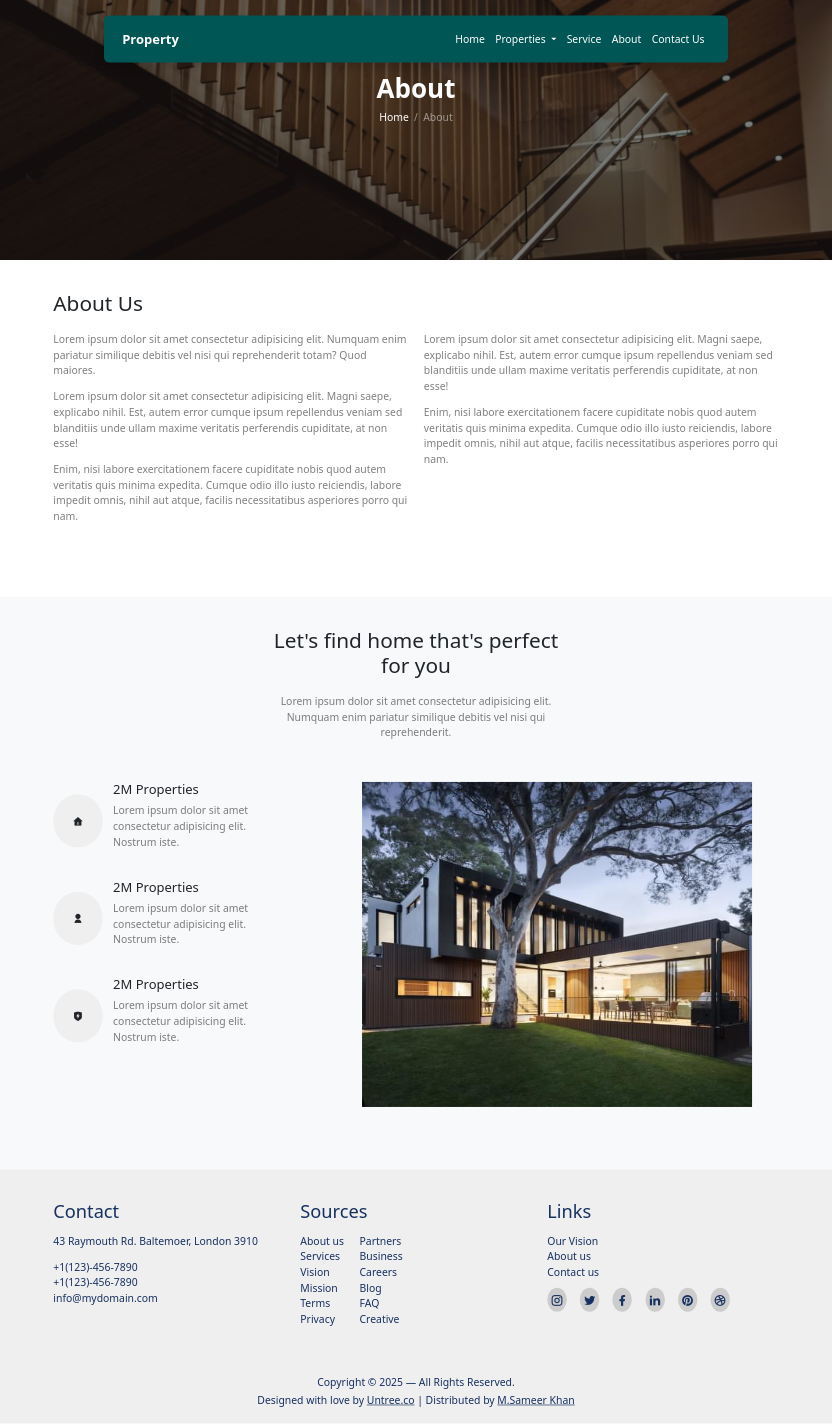
Repository: sameerrrrkhan911-git/Property
Page: about.html
The author's editor kept a copy of each file at every save. The page is drawn from the files as they stood at one save, then again after the next save.
The browser window is 1280 px wide. The pictures show the whole page, at 65% of full size.
Some web libraries are served in a nearby version.

Above is the page before, as saved 2025-09-28 18:32:09.
Console error: TypeError: Cannot read properties of undefined (reading 'length')

### about.html
<!DOCTYPE html>
<html lang="en">
<head>
    <meta charset="utf-8">
    <meta name="viewport" content="width=device-width, initial-scale=1">
    <title>Property</title>

    <!--====== LINKS ========-->
    <link href="https://cdn.jsdelivr.net/npm/bootstrap@5.3.8/dist/css/bootstrap.min.css" rel="stylesheet">
    <link
        href="https://fonts.googleapis.com/css2?family=Montserrat:wght@400;600&family=Open+Sans:wght@400;600&display=swap"
        rel="stylesheet">
    <link href="https://unpkg.com/aos@2.3.1/dist/aos.css" rel="stylesheet">
    <link href="https://cdn.jsdelivr.net/npm/remixicon@4.5.0/fonts/remixicon.css" rel="stylesheet">
    <link href="https://cdnjs.cloudflare.com/ajax/libs/tiny-slider/2.9.4/tiny-slider.css" rel="stylesheet">
    <link rel="stylesheet" href="assets/css/style2.css">
    <link rel="stylesheet" href="assets/css/style.css">

</head>
<body>

<!--=====HEADER=====-->
    <header>
        <section id="Right-Step">
            <div class="bg-holder overlay overlay-elixir">
            </div>

            <!-- Navbar -->
            <nav
                class="navbar navbar-expand-lg green-color p-3 mt-4 sticky-top position-absolute top-0 start-50 translate-middle-x w-75 rounded-3 shadow">
                <div class="container-fluid">
                    <!-- Brand -->
                    <a class="navbar-brand text-white fw-bold" href="#">Property</a>

                    <!-- Toggler for Mobile -->
                    <button class="navbar-toggler bg-light" type="button">
                        <span class="navbar-toggler-icon"></span>
                    </button>

                    <!-- Navbar Links -->
                    <div class="collapse navbar-collapse" id="navbarNavDropdown">
                        <ul class="navbar-nav ms-auto">
                            <li class="nav-item">
                                <a class="nav-link text-white active" aria-current="page" href="index.html">Home</a>
                            </li>
                            <li class="nav-item dropdown">
                                <a class="nav-link dropdown-toggle text-white" href="#" role="button"
                                    data-bs-toggle="dropdown" aria-expanded="false">
                                    Properties
                                </a>
                                <ul class="dropdown-menu">
                                    <li><a class="dropdown-item" href="#">Action</a></li>
                                    <li><a class="dropdown-item" href="#">Another action</a></li>
                                    <li><a class="dropdown-item" href="#">Something else here</a></li>
                                </ul>
                            </li>
                            <li class="nav-item"><a class="nav-link text-white" href="service.html">Service</a></li>
                            <li class="nav-item"><a class="nav-link text-white" href="about.html">About</a></li>
                            <li class="nav-item"><a class="nav-link text-white" href="contact.html">Contact Us</a></li>
                        </ul>
                    </div>
                </div>
            </nav>

            <!--/.bg-holder-->
            <div class="forbg py-5">
                <div class="container">

                    <div class="row justify-content-center align-items-center">
                        <div class="col-lg-9 text-center mt-5">
                            <h1 class="heading aos-init aos-animate white mt-3 fw-bold" data-aos="fade-up">About</h1>

                            <nav aria-label="breadcrumb" data-aos="fade-up" data-aos-delay="200"
                                class="aos-init aos-animate">
                                <ol class="breadcrumb text-center justify-content-center">
                                    <li class="breadcrumb-item"><a href="index.html" style="color: white;">Home</a></li>
                                    <li class="ms-2 me-2 text-white-50" aria-current="page">
                                        /
                                    </li>
                                    <li class="breadcrumb-item active text-white-50" aria-current="page">
                                        About
                                    </li>
                                </ol>
                            </nav>
                        </div>
                    </div>
                </div>
            </div><!-- end of .container-->
        </section>
    </header>

    <!--====MAIN====-->

    <main>

<div class="section">
      <div class="container">
        <div class="row text-left mb-5 py-5">
          <div class="col-12">
            <h2 class="font-weight-bold heading  mb-4">About Us</h2>
          </div>
          <div class="col-lg-6">
            <p class="text-black-50">
              Lorem ipsum dolor sit amet consectetur adipisicing elit. Numquam
              enim pariatur similique debitis vel nisi qui reprehenderit totam?
              Quod maiores.
            </p>
            <p class="text-black-50">
              Lorem ipsum dolor sit amet consectetur adipisicing elit. Magni
              saepe, explicabo nihil. Est, autem error cumque ipsum repellendus
              veniam sed blanditiis unde ullam maxime veritatis perferendis
              cupiditate, at non esse!
            </p>
            <p class="text-black-50">
              Enim, nisi labore exercitationem facere cupiditate nobis quod
              autem veritatis quis minima expedita. Cumque odio illo iusto
              reiciendis, labore impedit omnis, nihil aut atque, facilis
              necessitatibus asperiores porro qui nam.
            </p>
          </div>
          <div class="col-lg-6">
            <p class="text-black-50">
              Lorem ipsum dolor sit amet consectetur adipisicing elit. Magni
              saepe, explicabo nihil. Est, autem error cumque ipsum repellendus
              veniam sed blanditiis unde ullam maxime veritatis perferendis
              cupiditate, at non esse!
            </p>
            <p class="text-black-50">
              Enim, nisi labore exercitationem facere cupiditate nobis quod
              autem veritatis quis minima expedita. Cumque odio illo iusto
              reiciendis, labore impedit omnis, nihil aut atque, facilis
              necessitatibus asperiores porro qui nam.
            </p>
          </div>
        </div>
      </div>
    </div>

 <!--Lets find home that is perfect for you  -->

      <div class="section section-4 bg-light py-5">
        <div class="container">
          <div class="row justify-content-center text-center mb-5">
            <div class="col-lg-5">
              <h2 class="font-weight-bold mb-4">
                Let's find home that's perfect for you
              </h2>
              <p class="text-black-50">
                Lorem ipsum dolor sit amet consectetur adipisicing elit. Numquam
                enim pariatur similique debitis vel nisi qui reprehenderit.
              </p>
            </div>
          </div>
          <div class="row justify-content-between mb-5 ">

            <div class="col-lg-7 mb-5 mb-lg-0 order-lg-2">
              <div class="img-about dots">
                <img src="./assets/images/img_2.jpg" alt="Image" class="" width="600px" height="500px">
              </div>
            </div>
            <div class="col-lg-4">
              <div class="d-flex align-items-center marginn">
                <span class="wrap-icon me-3">
                  <span class="icon-home2" style="border-radius: 50%; padding: 30px; background-color: #efefef;"><i
                      class="ri-home-4-fill"></i></span>
                </span>
                <div class="feature-text">
                  <h3 class="fs-5">2M Properties</h3>
                  <p class="text-black-50">
                    Lorem ipsum dolor sit amet consectetur adipisicing elit.
                    Nostrum iste.
                  </p>
                </div>
              </div>

              <div class="d-flex align-items-center marginn">
                <span class="wrap-icon me-3">
                  <span class="icon-home2" style="border-radius: 50%; padding: 30px; background-color: #efefef;"><i
                      class="ri-user-fill"></i></span>
                </span>
                <div class="feature-text">
                  <h3 class="fs-5">2M Properties</h3>
                  <p class="text-black-50">
                    Lorem ipsum dolor sit amet consectetur adipisicing elit.
                    Nostrum iste.
                  </p>
                </div>
              </div>

              <div class="d-flex align-items-center marginn">
                <span class="wrap-icon me-3">
                  <span class="icon-home2" style="border-radius: 50%; padding: 30px; background-color: #efefef;"><i
                      class="ri-shield-flash-fill"></i></span>
                </span>
                <div class="feature-text">
                  <h3 class="fs-5">2M Properties</h3>
                  <p class="text-black-50">
                    Lorem ipsum dolor sit amet consectetur adipisicing elit.
                    Nostrum iste.
                  </p>
                </div>
              </div>
            </div>

          </div>
        </div>
      </div>


    </main>

<!-- FOOTER -->
<footer class="greyy py-5 pb-4 grey">

  <div class="container">
    <div class="row">

      <!-- Contact -->
      <div class="col-lg-4 col-md-6 mb-4">
        <h3 class="mb-3 font-color">Contact</h3>
        <address class="mb-3 font-color">43 Raymouth Rd. Baltemoer, London 3910</address>
        <ul class="list-unstyled">
          <li><a href="tel://11234567890" class=" text-decoration-none" style="color: #163060;">+1(123)-456-7890</a></li>
          <li><a href="tel://11234567890" class=" text-decoration-none" style="color: #163060;">+1(123)-456-7890</a></li>
          <li><a href="mailto:info@mydomain.com" class=" text-decoration-none" style="color: #163060;">info@mydomain.com</a></li>
        </ul>
      </div>

      <!-- Sources -->
      <div class="col-lg-4 col-md-6 mb-4">
        <h3 class="mb-3 font-color">Sources</h3>
        <div class="d-flex">
          <ul class="list-unstyled me-4">
            <li><a href="#" class="font-color text-decoration-none">About us</a></li>
            <li><a href="#" class="font-color text-decoration-none">Services</a></li>
            <li><a href="#" class="font-color text-decoration-none">Vision</a></li>
            <li><a href="#" class="font-color text-decoration-none">Mission</a></li>
            <li><a href="#" class="font-color text-decoration-none">Terms</a></li>
            <li><a href="#" class="font-color text-decoration-none">Privacy</a></li>
          </ul>
          <ul class="list-unstyled">
            <li><a href="#" class="font-color text-decoration-none">Partners</a></li>
            <li><a href="#" class="font-color text-decoration-none">Business</a></li>
            <li><a href="#" class="font-color text-decoration-none">Careers</a></li>
            <li><a href="#" class="font-color text-decoration-none">Blog</a></li>
            <li><a href="#" class="font-color text-decoration-none">FAQ</a></li>
            <li><a href="#" class="font-color text-decoration-none">Creative</a></li>
          </ul>
        </div>
      </div>

      <!-- Links & Social -->
      <div class="col-lg-4 col-md-12 mb-4">
        <h3 class="mb-3 font-color">Links</h3>
        <ul class="list-unstyled">
          <li><a href="#" class="font-color text-decoration-none">Our Vision</a></li>
          <li><a href="#" class="font-color text-decoration-none">About us</a></li>
          <li><a href="#" class="font-color text-decoration-none">Contact us</a></li>
        </ul>

        <!-- Social icons -->
        <div class="mt-3">
          <a href="#" class="font-color me-3 fs-5 roundd text-color dark-grey"><i class="ri-instagram-line"></i></a>
          <a href="#" class="font-color me-3 fs-5 roundd dark-grey" ><i class="ri-twitter-fill"></i></a>
          <a href="#" class="font-color me-3 fs-5 roundd dark-grey"><i class="ri-facebook-fill"></i></a>
          <a href="#" class="font-color me-3 fs-5 roundd dark-grey"><i class="ri-linkedin-fill"></i></a>
          <a href="#" class="font-color me-3 fs-5 roundd dark-grey"><i class="ri-pinterest-fill"></i></a>
          <a href="#" class="font-color fs-5 roundd dark-grey"><i class="ri-dribbble-line"></i></a>
        </div>
      </div>

    </div>

    <hr class="border-light">

    <!-- Copyright -->
    <div class="row">
      <div class="col-12 text-center">
        <p class="mb-1 font-color">
          Copyright © <script>document.write(new Date().getFullYear());</script> — All Rights Reserved.
        </p>
        <p class="mb-0 font-color">
          Designed with love by <a href="https://untree.co" class="font-color text-decoration-underline">Untree.co</a>
          | Distributed by <a href="https://themewagon.com/" target="_blank" class="font-color text-decoration-underline">M.Sameer Khan</a>
        </p>
      </div>
    </div>

  </div>

</footer>

  <!-- Bootstrap JS -->
  <script src="https://cdn.jsdelivr.net/npm/bootstrap@5.3.8/dist/js/bootstrap.bundle.min.js"></script>
  <!-- AOS JS -->
  <script src="https://unpkg.com/aos@2.3.1/dist/aos.js"></script>

  <script>
    AOS.init({
      duration: 1000,
      once: true
    });
  </script>

  <script src="https://cdnjs.cloudflare.com/ajax/libs/tiny-slider/2.9.4/min/tiny-slider.js"></script>

  <script>
    var slider = tns({
      container: '.property-slider',
      items: 3,
      slideBy: 1,
      autoplay: false,
      controls: true,
      nav: false,
      gutter: 20,
      controlsContainer: '.slider-controls',
      prevButton: '.prev',
      nextButton: '.next',
      responsive: {
        0: { items: 1 },
        768: { items: 2 },
        1200: { items: 3 }
      }
    });
  </script>

</body>
</html>

### assets/css/style.css
/* ==============================
   Root Variables
=================================*/
:root {
  --green-color: #005555;
   --heading-color: #2a3855;
}

.green-color {
  background-color: var(--green-color);
}

.green{
  color: var(--green-color);
}

.black{
  color: black;
}

.para{
  text-align: left;
}

.heading-color{
  color: var(--heading-color);
}

.z-9 {
  z-index: 9 !important;
}

.white {
  color: white;
}

.green-line{
   height: 2px;
  width: 120px;
 background-color: var(--green-color);
 margin-bottom: 10px;
}

.black-line{
   height: 2px;
  width: 80px;
 background-color: black;
 margin: 10px auto;
}

.white-bg{
  background-color: white;
}

.fs-6{
  font-size: 5px;
}

.marginn{
  margin-bottom: 30px;
}

.a{
  text-decoration: none;
}


.dark-grey{
  background-color: #cccccc;
}

.text-color{
  color: #909ba6;
}
/* ==============================
Header
=================================*/


/* Hero background */
.hero-header {
  background-image: url("../images/hero_bg_3.jpg") !important;
  background-repeat: no-repeat;
  background-position: center center;
  background-size: cover;
  min-height: 100vh;
  position: relative;
  display: flex;
  align-items: center;
}



/* Overlay */
.hero-header::before {
  content: "";
  position: absolute;
  top: 0;
  left: 0;
  width: 100%;
  height: 100%;
  background: rgba(0, 0, 0, 0.5);
  z-index: 0;
}

/* Keep hero text above overlay */
.hero {
  position: relative;
  z-index: 1;
}

/* White text */
.white {
  color: #fff !important;
}

/* Responsive adjustments */
@media (max-width: 768px) {
  nav.navbar {
    width: 90% !important;
    margin-top: 1rem !important;
    padding: 0.75rem 1rem !important;
  }

  .hero h1 {
    font-size: 1.75rem;
    line-height: 1.3;
  }

  .hero form {
    flex-direction: column !important;
    gap: 0.75rem;
  }

  .hero input {
    width: 100% !important;
  }

  .hero button {
    width: 100% !important;
  }
}

@media (max-width: 576px) {
  .hero h1 {
    font-size: 1.5rem;
  }
}

/* Popular properties */

.property-slider {
  overflow: hidden;
}

.property-item {
  background: #fff;
  border-radius: 8px;
  overflow: hidden;
}

.property-content {
  background: #fff;
  border-radius: 8px;
}

/* Features */

.features-1 {
    padding-top: 30px;
    position: relative;
    z-index: 8;
    text-align: center;
    background-color: rgba(0, 32, 74, 0.05);
}

/* ==========================
   Testimonials Section
========================== */

.sec-testimonials .heading {
  font-size: 2rem;
  font-weight: 700;
}

/* Prev/Next buttons */
#testimonial-nav {
  display: flex;
  gap: 10px;
}

#testimonial-nav span {
  cursor: pointer;
  font-size: 14px;
  color: #002855;
  background: #e9ecef;
  padding: 6px 14px;
  border-radius: 20px;
  transition: all 0.3s ease;
}

#testimonial-nav span:hover {
  background: #002855;
  color: #fff;
}

/* Testimonials layout */
.testimonial-slider {
  display: grid;
  grid-template-columns: repeat(auto-fit, minmax(300px, 1fr));
  gap: 40px;
  margin-top: 30px;
  text-align: center;
}

.testimonial {
  padding: 20px;
}

.testimonial img {
  width: 90px;
  height: 90px;
  object-fit: cover;
  margin-bottom: 15px;
  border: 3px solid #ddd;
}

.testimonial .rate {
  margin: 10px 0;
  font-size: 16px;
  color: #f1c40f;
}

.testimonial h3 {
  margin-bottom: 10px;
  font-size: 1.1rem;
  font-weight: 600;
}

.testimonial blockquote {
  font-style: italic;
  font-size: 0.95rem;
  color: #555;
  margin: 10px 0 15px;
}

.greyy{
  background-color: #efefef;
}

.testimonial p.text-muted {
  font-size: 0.85rem;
  color: #888;
}

.img-fluid {
   max-width: 100%;
    height: auto;
}

/* Call To Action */
.footer-cta {
  background: white ;
  padding: 50px;
}

.footer-cta .btn-primary {
  border-radius: 30px;
  font-size: 1.1rem;
  transition: all 0.3s ease;
}

.footer-cta .btn-primary:hover {
  background: #003f3f;
  transform: translateY(-3px);
  box-shadow: 0 6px 15px rgba(0,0,0,0.2);
}

/* Our Agents */
.section_1{
  background-color: #f8f9fa;
}

/* Agent Card */
.person {
  background: #fff;
  border-radius: 12px;
  padding: 60px 20px 30px;
  text-align: center;
  position: relative;
  box-shadow: 0 4px 20px rgba(0,0,0,0.05);
  transition: all 0.3s ease;
}

.person:hover {
  transform: translateY(-8px);
  box-shadow: 0 12px 30px rgba(0,0,0,0.1);
}

/* Profile Image */
.person img {
  width: 100px;
  height: 100px;
  object-fit: cover;
  border-radius: 50%;
  position: absolute;
  top: -50px;
  left: 50%;
  transform: translateX(-50%);
}

/* Text styling */
.person-contents h2 {
  margin-top: 60px;
  font-size: 1.2rem;
  font-weight: 600;
}

.person-contents .meta {
  font-size: 0.9rem;
  color: #6c757d;
  margin-bottom: 15px;
}

.person-contents p {
  font-size: 0.95rem;
  color: #555;
  margin-bottom: 20px;
}

/* Social icons */
.social a {
  display: inline-flex;
  justify-content: center;
  align-items: center;
  width: 40px;
  height: 40px;
  margin: 0 5px;
  border-radius: 50%;
  background: #002855;
  color: #fff;
  transition: all 0.3s ease;
  text-decoration: none;
}

.social a:hover {
  background: #005555;
}

h2 a {
  color: #000;
  text-decoration: none;
}

.roundd{

  border-radius: 50%;
  text-decoration: none;
  padding: 5px;
}

.font-color{
 color: #163060;
}

.forbg {
    height: 400px;
    background: linear-gradient(to bottom, rgba(0, 0, 0, 0.5), rgba(0, 0, 0, 0.5)), url(../images/hero_bg_1.jpg);
    background-size: cover;
    background-position: center;
}

a{
  text-decoration: none;
}

Loaded but not shown: assets/css/style2.css (library)

After the next save:
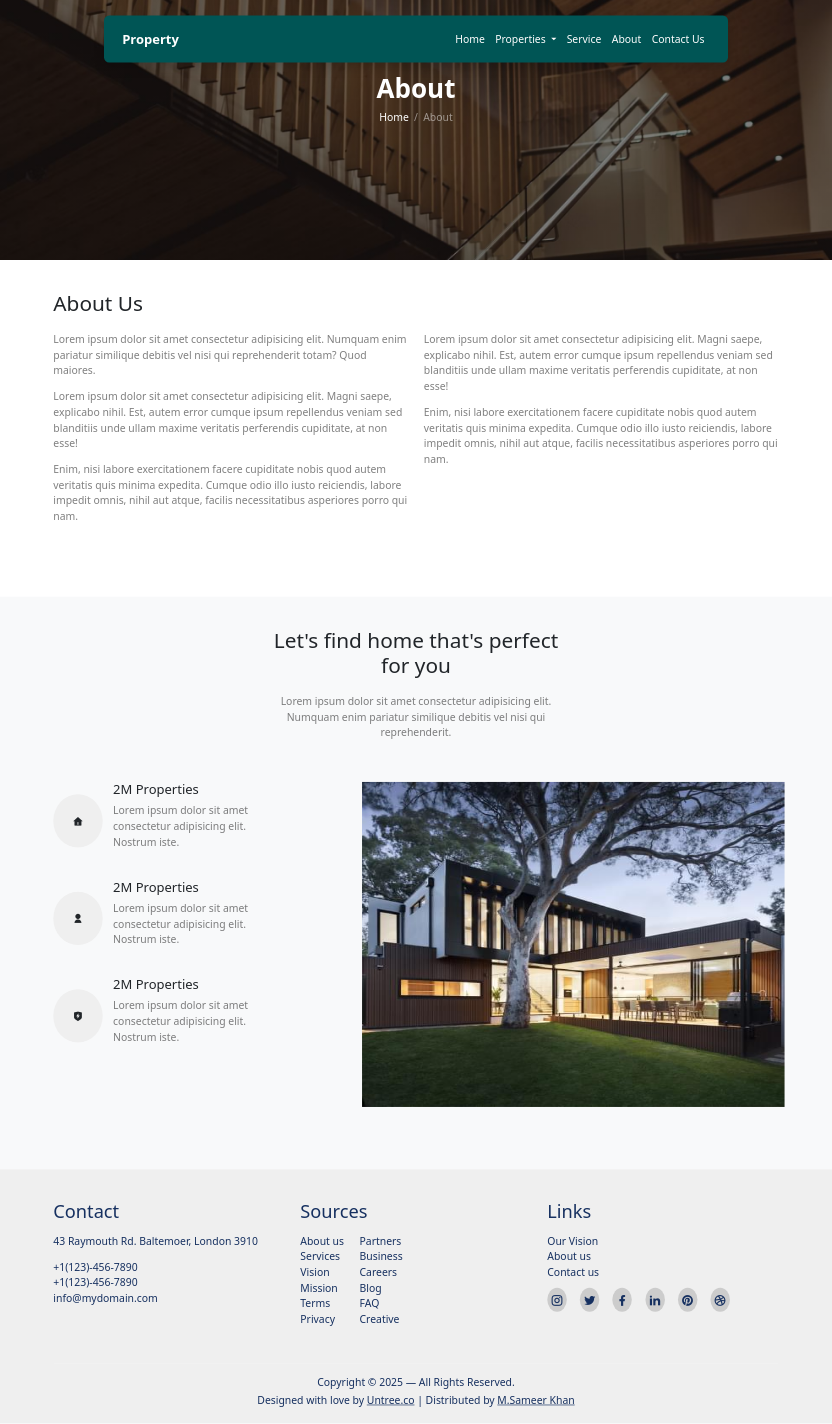
Saved 13 s later.
--- a/about.html
+++ b/about.html
@@ -155,7 +155,7 @@
 
             <div class="col-lg-7 mb-5 mb-lg-0 order-lg-2">
               <div class="img-about dots">
-                <img src="./assets/images/img_2.jpg" alt="Image" class="" width="600px" height="500px">
+                <img src="./assets/images/img_2.jpg" alt="Image" class="" width="650px" height="500px">
               </div>
             </div>
             <div class="col-lg-4">
